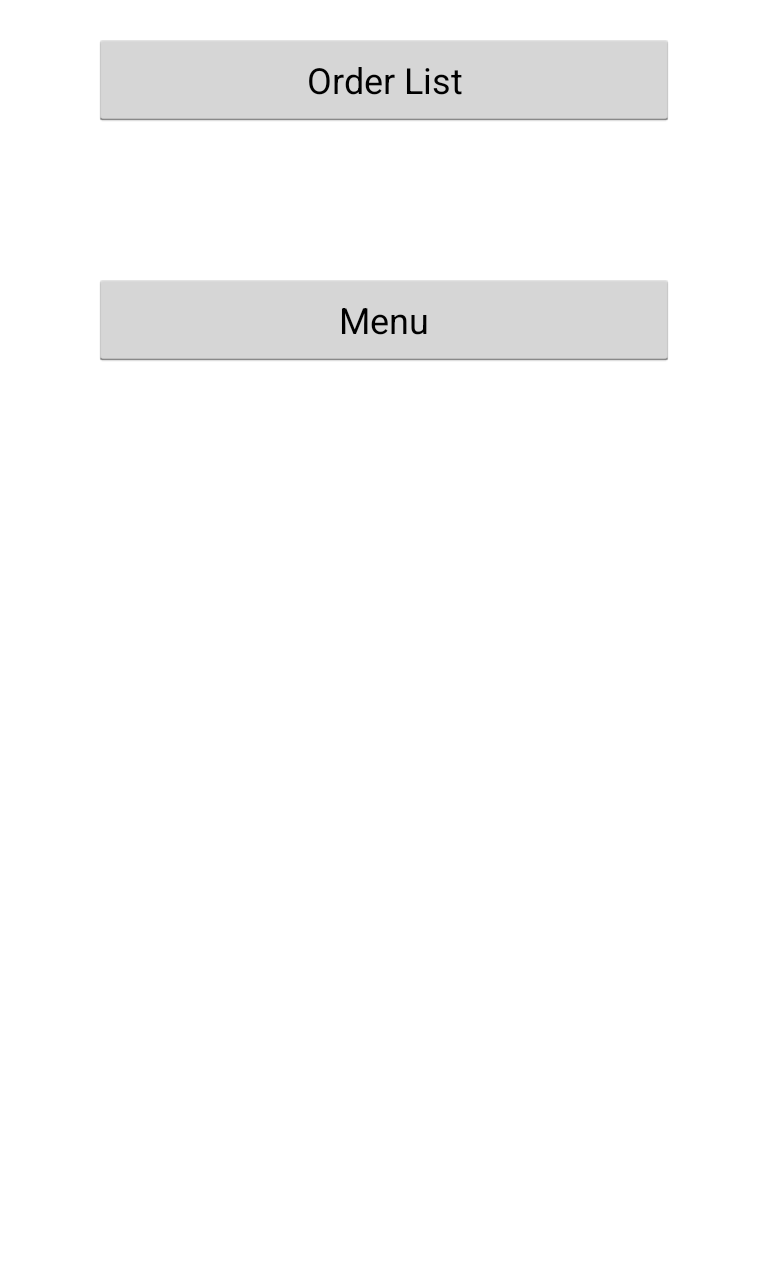
Repository: erenerdogan/ERMS
Layout: ERMSMobile/ERMS/res/layout/activity_main.xml
The author's editor kept a copy of each file at every save. The layout is drawn from the files as they stood at one save, then again after the next save.
It is drawn on a 768 x 1280 px phone screen (xhdpi) without system bars, with theme AppTheme; the app's code is not run.

Above is the layout before, as saved 2013-12-21 15:35:36.

### ERMSMobile/ERMS/res/layout/activity_main.xml
<RelativeLayout xmlns:android="http://schemas.android.com/apk/res/android"
    xmlns:tools="http://schemas.android.com/tools"
    android:layout_width="match_parent"
    android:layout_height="match_parent"
    android:paddingBottom="@dimen/activity_vertical_margin"
    android:paddingLeft="@dimen/activity_horizontal_margin"
    android:paddingRight="@dimen/activity_horizontal_margin"
    android:paddingTop="@dimen/activity_vertical_margin"
    tools:context=".MainActivity" >

    <Button
        android:id="@+id/menubtn"
        android:layout_width="fill_parent"
        android:layout_height="wrap_content"
        android:layout_alignParentLeft="true"
        android:layout_alignParentTop="true"
        android:layout_marginLeft="30dp"
        android:layout_marginRight="30dp"
        android:layout_marginTop="120dp"
        android:text="Menu" />

    <Button
        android:id="@+id/orderbtn"
        android:layout_width="fill_parent"
        android:layout_height="wrap_content"
        android:layout_alignParentLeft="true"
        android:layout_alignParentTop="true"
        android:layout_below="@+id/menubtn"
        android:layout_marginLeft="30dp"
        android:layout_marginRight="30dp"
        android:text="Order List" />

</RelativeLayout>

Loaded but not shown: ERMSMobile/ERMS/res/values/styles.xml (common file); ERMSMobile/ERMS/res/values-v11/styles.xml (common file); ERMSMobile/ERMS/res/values-v14/styles.xml (common file); ERMSMobile/ERMS/res/values/dimens.xml (common file)

After the next save:
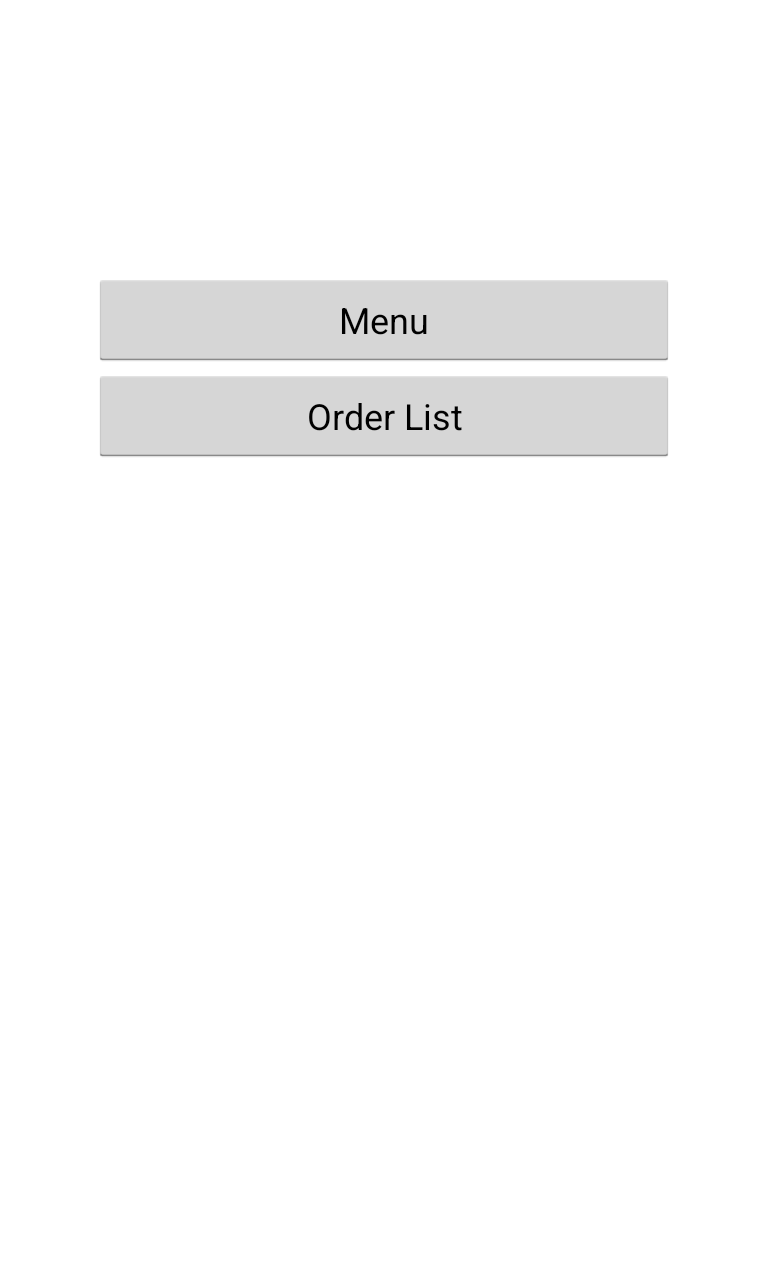
Saved 62 s later.
--- a/ERMSMobile/ERMS/res/layout/activity_main.xml
+++ b/ERMSMobile/ERMS/res/layout/activity_main.xml
@@ -23,8 +23,6 @@
         android:id="@+id/orderbtn"
         android:layout_width="fill_parent"
         android:layout_height="wrap_content"
-        android:layout_alignParentLeft="true"
-        android:layout_alignParentTop="true"
         android:layout_below="@+id/menubtn"
         android:layout_marginLeft="30dp"
         android:layout_marginRight="30dp"
